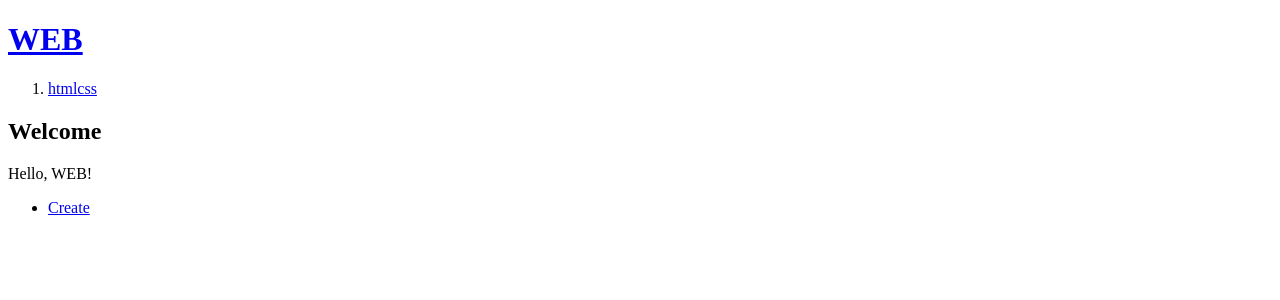
Repository: dnjfht/next_app
Page: /
These files come from the project's save history. The page is drawn as it stood at one moment and after the next save; the edit follows.
The browser window is 1280 px wide. The pictures show the whole page.
The project was rebuilt for these pictures with package versions that can differ from the ones it lists, and the page was loaded fresh each time. The framework's server and built-in components were replaced by stand-ins that run in the browser. Also part of the build but not shown: next.config.js, src/app/globals.css.

Above is the page before, as saved 2023-09-07 18:05:00.

After the next save:
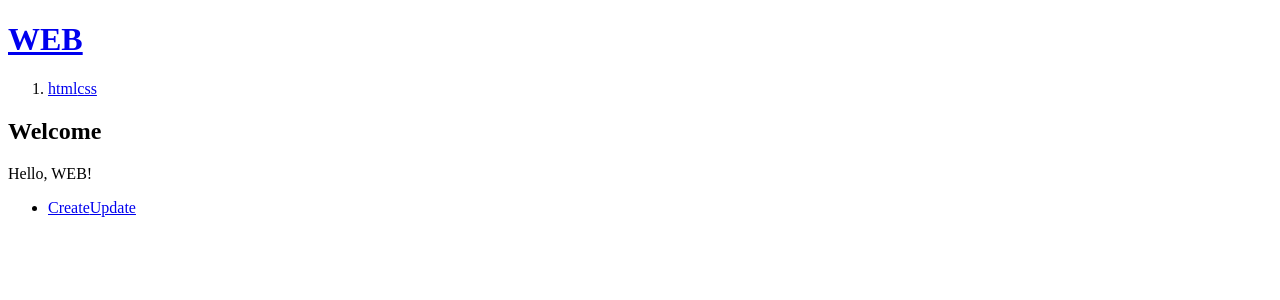
Saved 31 s later.
--- a/src/app/layout.js
+++ b/src/app/layout.js
@@ -24,6 +24,7 @@
         <ul>
           <li>
             <a href="/create">Create</a>
+            <a href="/update/1">Update</a>
           </li>
         </ul>
       </body>
